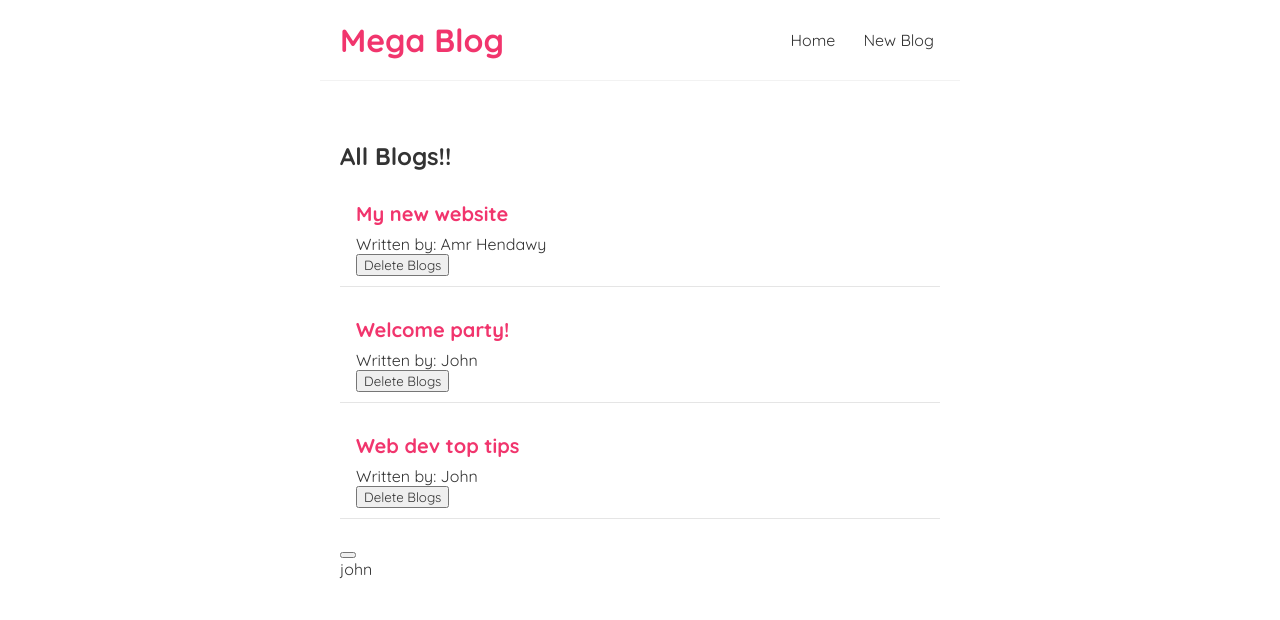
Repository: Amr-Hendawy/blog
Page: /
These files come from the project's save history. The page is drawn as it stood at one moment and after the next save; the edit follows.
The browser window is 1280 px wide. The pictures show the whole page.
The project was rebuilt for these pictures with package versions that can differ from the ones it lists, and the page was loaded fresh each time.

Above is the page before, as saved 2022-10-30 23:02:33.

### src/index.css
@import url("https://fonts.googleapis.com/css2?family=Quicksand:wght@300;400;500;600;700&display=swap");
/* base styles */
* {
  margin: 0;
  font-family: "Quicksand";
  color: #333;
}
.navbar {
  padding: 20px;
  display: flex;
  align-items: center;
  max-width: 600px;
  margin: 0 auto;
  border-bottom: 1px solid #f2f2f2;
}
.navbar h1 {
  color: #f1356d;
}
.navbar .links {
  margin-left: auto;
}
.navbar a {
  margin-left: 16px;
  text-decoration: none;
  padding: 6px;
}
.navbar a:hover {
  color: #f1356d;
}
.content {
  max-width: 600px;
  margin: 40px auto;
  padding: 20px;
}
/*blog previews / list*/

.blog-preview {
  padding: 10px 16px;
  margin: 20px 0;
  border-bottom: 1px solid rgba(0, 0, 0, 0.1);
}

.blog-preview:hover {
  box-shadow: 1px 3px 5px rgba(0, 0, 0, 0.1);
}
.blog-preview h2 {
  font-size: 20px;
  color: #f1356d;
  margin-bottom: 8px;
}

### src/App.js
import Home from "./Components/Home/Home";
import { Navbar } from "./Components/Navbar/Navbar.jsx";

function App() {
  return (
    <div className="App">
      <Navbar />
      <div className="content">
        <Home />
      </div>
    </div>
  );
}

export default App;

### src/Components/Home/Home.js
import { useState, useEffect } from "react";
import BlogList from "../BlogList/BlogList";

const Home = () => {
  let [blogs, setBlogs] = useState([
    {
      id: 0,
      author: "Amr Hendawy",
      title: "My new website",
      body: "English Teacher",
    },
    {
      id: 1,
      author: "John",
      title: "Welcome party!",
      body: "German Guide",
    },
    {
      id: 5,
      author: "John",
      title: "Web dev top tips",
      body: "Doctor",
    },
  ]);
  const handleDelete = (id) => {
    const newBlogs = blogs.filter((el) => el.id !== id);
    setBlogs(newBlogs);
  };
  const [name, setName] = useState("john");
  useEffect(() => {
    console.log("use effect run");
    console.log(blogs);
  }, []);

  return (
    <div className="home">
      <BlogList test={blogs} title="All Blogs!!" handleDelete={handleDelete} />
      <button onClick={() => setName("Amr")}></button>
      <p>{name}</p>
    </div>
  );
};

export default Home;

### src/Components/Navbar/Navbar.jsx
import React from "react";

export const Navbar = () => {
  return (
    <div className="navbar">
      <h1>Mega Blog</h1>
      <div className="links">
        <a href="/Home">Home</a>
        <a href="/create">New Blog</a>
      </div>
    </div>
  );
};

### src/Components/BlogList/BlogList.js
import React from "react";

const BlogList = ({ test, title, handleDelete }) => {
  return (
    <div>
      <h2>{title}</h2>
      {test.map((el) => (
        <div className="blog-preview" key={el.id}>
          <h2> {el.title}</h2>
          <p> Written by: {el.author}</p>
          <button onClick={() => handleDelete(el.id)}>Delete Blogs</button>
        </div>
      ))}
    </div>
  );
};

export default BlogList;

Loaded but not shown: src/index.js (common file)

After the next save:
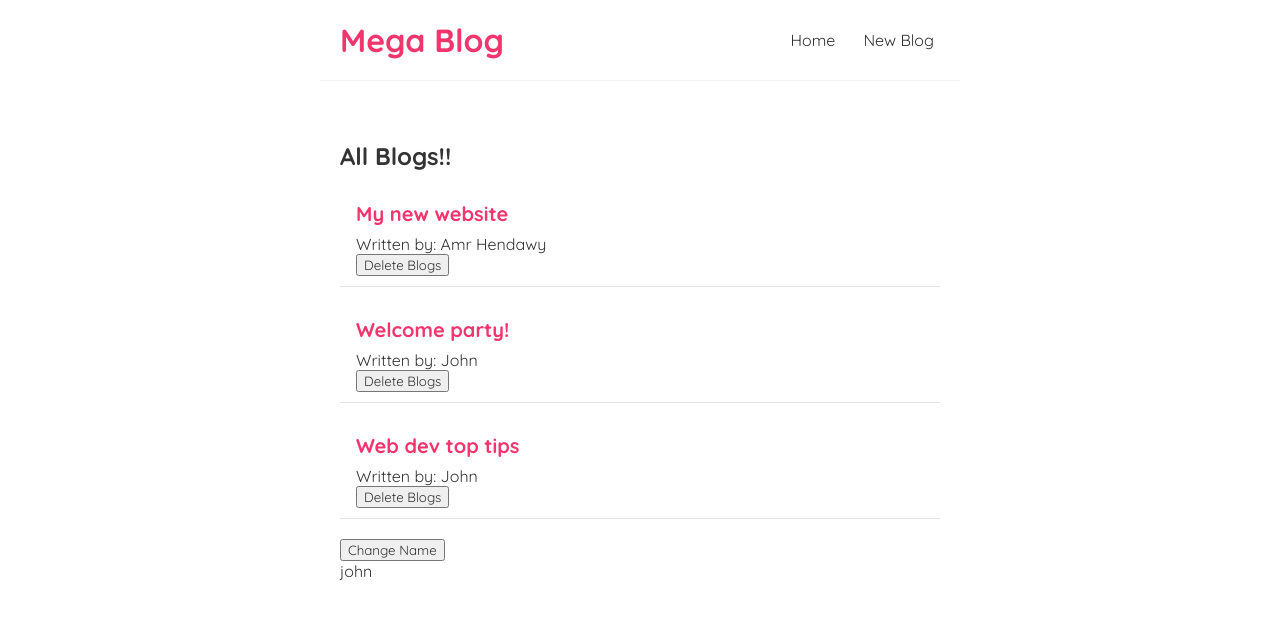
Saved 48 s later.
--- a/src/Components/Home/Home.js
+++ b/src/Components/Home/Home.js
@@ -35,7 +35,7 @@ const Home = () => {
   return (
     <div className="home">
       <BlogList test={blogs} title="All Blogs!!" handleDelete={handleDelete} />
-      <button onClick={() => setName("Amr")}></button>
+      <button onClick={() => setName("Amr")}>Change Name</button>
       <p>{name}</p>
     </div>
   );
